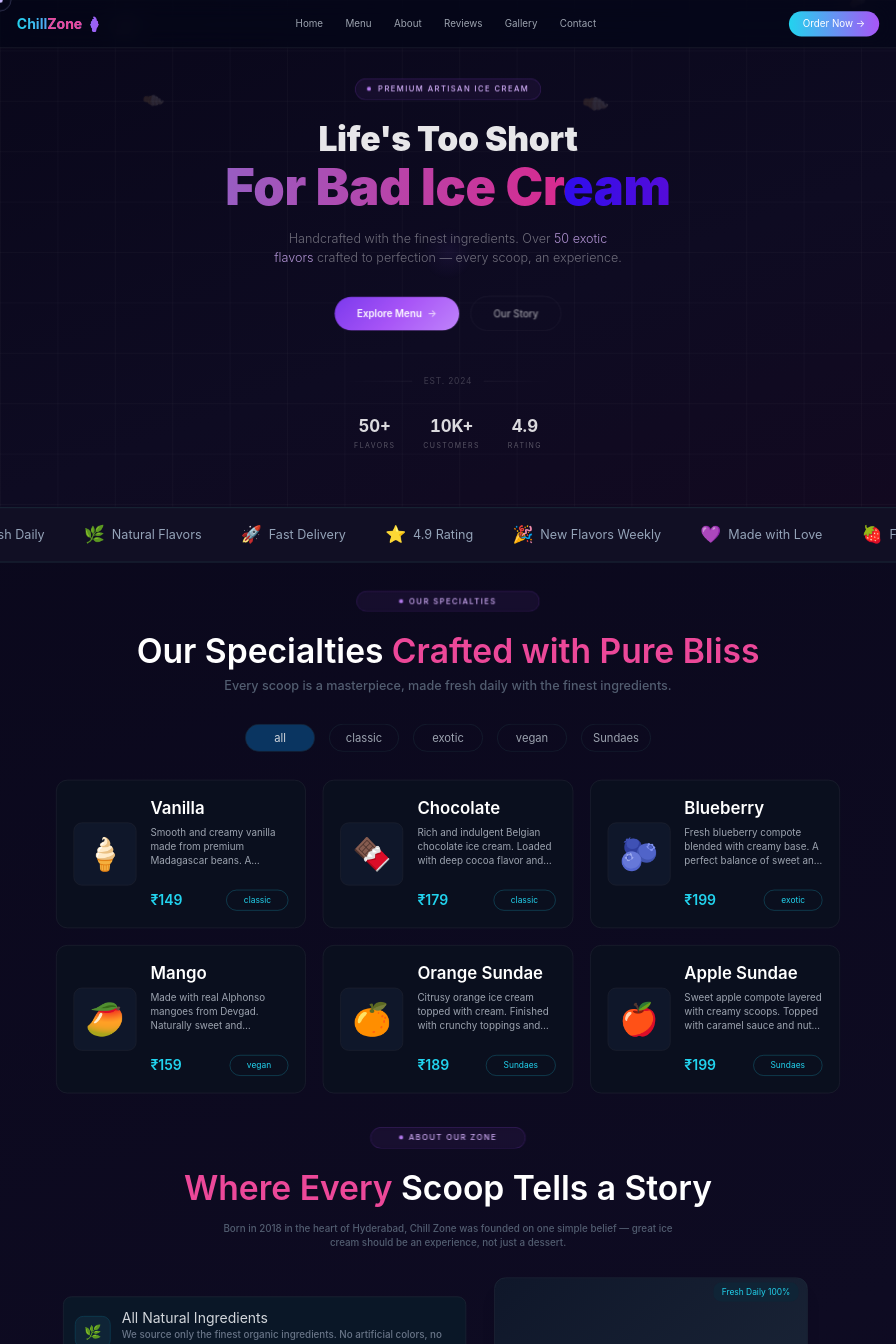
Repository: AMIREDDYRAKEY/chill-zone-
Page: /
These files come from the project's save history. The page is drawn as it stood at one moment and after the next save; the edit follows.
The browser window is 1280 px wide. The pictures show the part of the page from y = 0 to 1920 px (the page is 3386 px tall before and 720 px after), at 70% of full size.
The project was rebuilt for these pictures with package versions that can differ from the ones it lists, and the page was loaded fresh each time. Also part of the build but not shown: vite.config.js, src/components/Login.jsx, src/components/Footer.jsx.

Above is the page before, as saved 2026-05-06 12:23:29.

### index.html
<!doctype html>
<html lang="en">
  <head>
    <meta charset="UTF-8" />
    <link rel="icon" type="image/svg+xml" href="/favicon.svg" />
    <meta name="viewport" content="width=device-width, initial-scale=1.0" />
    <title>chill-zone</title>
  </head>
  <body class="">
    <div id="root"></div>
    <script type="module" src="/src/main.jsx"></script>
  </body>
</html>

### src/main.jsx
import { StrictMode } from 'react'
import { createRoot } from 'react-dom/client'
import './index.css'
import App from './App.jsx'
import { BrowserRouter } from 'react-router-dom';
// ── Custom Cursor ────────────────────────────────────────────────────
const dot  = document.createElement('div');
const ring = document.createElement('div');
dot.id  = 'custom-cursor';
ring.id = 'custom-cursor-ring';
document.body.appendChild(dot);
document.body.appendChild(ring);

let ringX = 0, ringY = 0;
let dotX  = 0, dotY  = 0;

document.addEventListener('mousemove', (e) => {
  dotX = e.clientX;
  dotY = e.clientY;
  dot.style.left = dotX + 'px';
  dot.style.top  = dotY + 'px';
});

// Smooth ring follow
const animateRing = () => {
  ringX += (dotX - ringX) * 0.12;
  ringY += (dotY - ringY) * 0.12;
  ring.style.left = ringX + 'px';
  ring.style.top  = ringY + 'px';
  requestAnimationFrame(animateRing);
};
animateRing();

// Hover effect on interactive elements
document.addEventListener('mouseover', (e) => {
  if (e.target.matches('a, button, [data-hover]')) {
    ring.classList.add('hovered');
    dot.style.opacity = '0.5';
  }
});
document.addEventListener('mouseout', (e) => {
  if (e.target.matches('a, button, [data-hover]')) {
    ring.classList.remove('hovered');
    dot.style.opacity = '1';
  }
});
// ────────────────────────────────────────────────────────────────────

createRoot(document.getElementById('root')).render(
  <StrictMode>
     <BrowserRouter>
    <App />
  </BrowserRouter>
  </StrictMode>,
)

### src/index.css
@tailwind base;
@tailwind components;
@tailwind utilities;

/* ── FONTS ────────────────────────────────────────────────────────── */
@import url('https://fonts.googleapis.com/css2?family=Inter:wght@300;400;500;600;700;800;900&family=Playfair+Display:ital,wght@0,700;1,700&display=swap');

/* ── BASE ─────────────────────────────────────────────────────────── */
*, *::before, *::after {
  box-sizing: border-box;
  cursor: none !important;
}

body {
  font-family: 'Inter', sans-serif;
  background: #07050f;
  color: #fff;
  overflow-x: hidden;
}

/* ── CUSTOM CURSOR ────────────────────────────────────────────────── */
#custom-cursor {
  position: fixed;
  top: 0; left: 0;
  width: 8px; height: 8px;
  background: #c8b8ff;
  border-radius: 50%;
  pointer-events: none;
  z-index: 99999;
  transform: translate(-50%, -50%);
  transition: transform 0.08s ease;

}

#custom-cursor-ring {
  position: fixed;
  top: 0; left: 0;
  width: 32px; height: 32px;
  border: 1.5px solid rgba(180, 184, 255, 0.35);
  border-radius: 50%;
  pointer-events: none;
  z-index: 99998;
  transform: translate(-50%, -50%);
}

#custom-cursor-ring.hovered {
  width: 48px; height: 48px;
  border-color: rgba(40, 184, 255, 0.6);
  transition: width 0.2s ease, height 0.2s ease, border-color 0.2s ease;
}

/* ── FLOAT WIND — very subtle ─────────────────────────────────────── */
@keyframes floatWind {
  0%   { transform: translateY(-80px) translateX(0) rotate(0deg);   opacity: 0;    }
  8%   {                                                              opacity: 0.12; }
  50%  { transform: translateY(48vh)  translateX(20px) rotate(160deg); opacity: 0.14; }
  100% { transform: translateY(108vh) translateX(-20px) rotate(320deg); opacity: 0;  }
}

/* ── ENTRANCE ANIMATIONS ──────────────────────────────────────────── */
@keyframes fadeUp {
  from { opacity: 0; transform: translateY(24px); }
  to   { opacity: 1; transform: translateY(0);     }
}

@keyframes fadeIn {
  from { opacity: 0; }
  to   { opacity: 1; }
}

@keyframes shimmer {
  0%   { background-position: -10% center; }
  100% { background-position:  200% center; }
}

@keyframes softPulse {
  0%, 100% { opacity: 0.85; }
  50%       { opacity: 1;    }
}

/* Utility classes */
.anim-fade-up   { animation: fadeUp 0.7s cubic-bezier(.22,.68,0,1.2) forwards; }
.anim-fade-up-1 { opacity:0; animation: fadeUp 0.7s cubic-bezier(.22,.68,0,1.2) 0.15s forwards; }
.anim-fade-up-2 { opacity:0; animation: fadeUp 0.7s cubic-bezier(.22,.68,0,1.2) 0.30s forwards; }
.anim-fade-up-3 { opacity:0; animation: fadeUp 0.7s cubic-bezier(.22,.68,0,1.2) 0.45s forwards; }
.anim-fade-up-4 { opacity:0; animation: fadeUp 0.7s cubic-bezier(.22,.68,0,1.2) 0.60s forwards; }

.text-shimmer {
  background: linear-gradient(
    90deg,
    #2f0dec 0%,
    #ce089c 30%,
    #dd87ec 50%,
    #846dd3 70%,
    #d82a8f 100%
  );
  background-size: 250% auto;
  -webkit-background-clip: text;
  -webkit-text-fill-color: transparent;
  background-clip: text;
  animation: shimmer 10s linear infinite;
}

/* .marquee-section {
  padding: 24px 0;
  overflow: hidden;
  border-top: 1px solid rgba(255,255,255,0.08);
  border-bottom: 1px solid rgba(255,255,255,0.08);
  background: rgba(6,182,212,0.03);
} */

.marquee-track {
  display: flex;
  gap: 48px;
  width: max-content;
  animation: scroll 25s linear infinite;
}

.marquee-item {
  display: flex;
  align-items: center;
  gap: 10px;
  white-space: nowrap;
  font-size: 15px;
  color: #94a3b8;
}

.marquee-dot {
  color: #06b6d4;
  font-size: 18px;
}

@keyframes scroll {
  0% { transform: translateX(0); }
  100% { transform: translateX(-50%); }
}


@keyframes marquee {
  0% {
    transform: translateX(0%);
  }
  100% {
    transform: translateX(-50%);
  }
}

.marquee-track {
  width: max-content;
  animation: marquee 35s linear infinite;
}
.marquee-track-reverse {
  width: max-content;
  animation: marquee 35s linear infinite reverse;
}

### src/App.jsx
import React from 'react'
import { Routes, Route } from 'react-router-dom'

import Navbar from './components/Navbar'
import Hero from './components/Hero'
import Marquee from './components/Marquee'
import Ourspecialites from './components/Ourspecialites'
import Aboutus from './components/Aboutus'
import Gallery from './components/Gallery'
import Feedback from './components/Feedback'
import Footer from './components/Footer'
import Login from './components/Login'

// Home page (scroll)
const Home = () => (
  <>
    <section id="home">
      <Hero />
      <Marquee />
    </section>

    <section id="menu" className="mt-10 pb-12">
      <Ourspecialites />
    </section>

    <section id="about" className="pb-10">
      <Aboutus />
    </section>

    <section id="gallery" className="pb-10">
      <Gallery />
    </section>

    <section id="reviews" className="pb-10">
      <Feedback />
    </section>
  </>
)

const App = () => {
  return (
    <div style={{ background: "linear-gradient(160deg, #09071a 0%, #0e0b22 60%, #120920 100%)" }}>

      <Navbar />

      <Routes>
        <Route path="/" element={<Home />} />
        <Route element={<Footer/>}/>
        <Route path="/login" element={<Login />} />
      </Routes>


    </div>
  )
}

export default App

### src/components/Navbar.jsx
import React, { useState } from 'react'
import { Menu, X } from 'lucide-react'
import { useNavigate } from 'react-router-dom'
import Login from './Login'
const Navbar = () => {
  const [isOpen, setIsOpen] = useState(false)
  const navigate = useNavigate()

  return (
    <nav className="fixed top-0 left-0 right-0 z-50 px-4 sm:px-6 py-4 flex justify-between items-center backdrop-blur-lg bg-[#020617]/60 border-b border-white/10">

      {/* Logo */}
      <a href="#home" className="text-lg sm:text-xl font-bold bg-gradient-to-r from-cyan-400 to-purple-500 bg-clip-text text-transparent">
        Chill<span className="text-pink-500">Zone</span> 🍦
      </a>

      {/* Desktop Links */}
      <ul className="hidden md:flex gap-8 text-sm text-gray-400">
        <li><a href="#home" className="hover:text-cyan-400 transition">Home</a></li>
        <li><a href="#menu" className="hover:text-cyan-400 transition">Menu</a></li>
        <li><a href="#about" className="hover:text-cyan-400 transition">About</a></li>
        <li><a href="#reviews" className="hover:text-cyan-400 transition">Reviews</a></li>
        <li><a href="#gallery" className="hover:text-cyan-400 transition">Gallery</a></li>
        <li><a href="#cta" className="hover:text-cyan-400 transition">Contact</a></li>
      </ul>

      {/* CTA */}
      <button
        onClick={() => navigate("/login")}
        className="px-5 py-2 rounded-full text-sm bg-gradient-to-r from-cyan-400 to-purple-500"
      >
        Order Now →
      </button>

      {/* Mobile Button */}
      <button
        className="md:hidden text-white"
        onClick={() => setIsOpen(!isOpen)}
      >
        {isOpen ? <X size={26} /> : <Menu size={26} />}
      </button>

      {/* Mobile Menu */}
      <div
        className={`absolute top-full left-0 w-full bg-[#020617]/95 backdrop-blur-lg border-b border-white/10 transition-all duration-300
        ${isOpen ? "max-h-[400px] opacity-100" : "max-h-0 opacity-0 overflow-hidden"}`}
      >
        <ul className="flex flex-col items-center gap-6 py-6 text-gray-300 text-sm">

          <li><a href="#home" onClick={() => setIsOpen(false)}>Home</a></li>
          <li><a href="#menu" onClick={() => setIsOpen(false)}>Menu</a></li>
          <li><a href="#about" onClick={() => setIsOpen(false)}>About</a></li>
          <li><a href="#reviews" onClick={() => setIsOpen(false)}>Reviews</a></li>
          <li><a href="#gallery" onClick={() => setIsOpen(false)}>Gallery</a></li>
          <li><a href="#cta" onClick={() => setIsOpen(false)}>Contact</a></li>

          <button
            href="#cta"
            onClick={() => setIsOpen(false)}
            className="px-5 py-2 rounded-full text-sm bg-gradient-to-r from-cyan-400 to-purple-500"
          >
            Order Now →
          </button>

        </ul>
      </div>

    </nav>
  )
}

export default Navbar

### src/components/Marquee.jsx
import React from "react";
import "../index.css";

const items = [
  { icon: "🍦", text: "Artisan Scoops" },
  { icon: "🧊", text: "Fresh Daily" },
  { icon: "🌿", text: "Natural Flavors" },
  { icon: "🚀", text: "Fast Delivery" },
  { icon: "⭐", text: "4.9 Rating" },
  { icon: "🎉", text: "New Flavors Weekly" },
  { icon: "💜", text: "Made with Love" },
  { icon: "🍓", text: "Farm Fresh Fruits" },
];

const Marquee = () => {
  return (
    <div className="w-full overflow-hidden">
      <div className="marquee-section border-y-2 border-[#162232] bg-[#110f24] h-[60px] sm:h-[70px] md:h-[80px] flex items-center">

        <div className="marquee-track flex items-center gap-6 sm:gap-10 md:gap-14 px-4">
          {[...items, ...items].map((item, index) => (
            <div
              key={index}
              className="marquee-item flex items-center gap-2 text-white
                         text-sm sm:text-base md:text-lg whitespace-nowrap"
            >
              <span className="text-lg sm:text-xl md:text-2xl">
                {item.icon}
              </span>
              {item.text}
            </div>
          ))}
        </div>

      </div>
    </div>
  );
};

export default Marquee;

### src/components/Ourspecialites.jsx
import React from 'react'
import TabsMenu from './TabsMenu'

const Ourspecialites = () => {
    return (
        <div className="px-4 sm:px-6 lg:px-10">

            {/* Badge */}
            <div className='flex justify-center items-center'>
                <div className="anim-fade-up inline-flex justify-center items-center gap-2 px-4 sm:px-6 md:px-10 lg:px-[60px] py-1.5 mb-6 sm:mb-8 rounded-full border border-purple-500/20 bg-purple-500/[0.07] backdrop-blur-sm">
                    <span className="w-1.5 h-1.5 rounded-full bg-purple-400 animate-pulse" />
                    <span className="text-[10px] sm:text-[11px] tracking-[0.18em] uppercase text-purple-300 font-medium text-center">
                        Our Specialties
                    </span>
                </div>
            </div>

            {/* Heading */}
            <div className='flex flex-col lg:flex-row justify-center items-center gap-2 lg:gap-3 text-center lg:text-left'>
                <h1 className='text-2xl sm:text-3xl md:text-4xl lg:text-5xl font-semibold'>
                    Our Specialties
                </h1>
                <span className='text-[#ec4899] text-2xl sm:text-3xl md:text-4xl lg:text-5xl font-semibold'>
                    Crafted with Pure Bliss
                </span>
            </div>

            {/* Paragraph */}
            <div className='flex justify-center items-center mt-3 px-2'>
                <p className='text-sm sm:text-md md:text-lg text-[#525d70] font-medium text-center max-w-2xl'>
                    Every scoop is a masterpiece, made fresh daily with the finest ingredients.
                </p>
            </div>

            {/* Tabs */}
            <div className='mt-8 sm:mt-10'>
                <TabsMenu />
            </div>

        </div>
    )
}

export default Ourspecialites

### src/components/Gallery.jsx
import React from 'react'

const Gallery = () => {

  const data = [
    { logo: "🍵", name: "Matcha" },
    { logo: "🍓", name: "Strawberry" },
    { logo: "🥜", name: "Peanut Butter" },
    { logo: "🍦", name: "Vanilla" },
    { logo: "🍫", name: "Chocolate" },
    { logo: "🫐", name: "Blueberry" },
    { logo: "🍋", name: "Lemon" },
    { logo: "🍇", name: "Grape" },
    { logo: "🥥", name: "Coconut" },
    { logo: "☕", name: "Coffee" },
    { logo: "🍒", name: "Cherry" },
    { logo: "🍑", name: "Peach" }
  ]

  const marqueeData = [...data, ...data]

  return (
    <div className="px-4 sm:px-6 lg:px-10">

      {/* Badge */}
      <div className='flex justify-center items-center'>
        <div className="anim-fade-up inline-flex justify-center items-center gap-2 px-4 sm:px-6 md:px-10 py-1.5 mb-6 sm:mb-8 rounded-full border border-purple-500/20 bg-purple-500/[0.07] backdrop-blur-sm">
          <span className="w-1.5 h-1.5 rounded-full bg-purple-400 animate-pulse" />
          <span className="text-[10px] sm:text-[11px] tracking-[0.18em] uppercase text-purple-300 font-medium text-center">
            Flavors Gallery
          </span>
        </div>
      </div>

      {/* Heading */}
      <div className='flex flex-col items-center justify-center text-center'>
        <div className='flex flex-col sm:flex-row gap-2 sm:gap-3'>
          <span className='text-2xl sm:text-3xl md:text-4xl lg:text-5xl font-semibold'>
            Visual
          </span>
          <h1 className='text-2xl sm:text-3xl md:text-4xl lg:text-5xl font-semibold text-[#ec4899]'>
            Feast Awaits
          </h1>
        </div>
      </div>

      {/* Marquee 1 */}
      <div className="overflow-hidden mt-6 sm:mt-8">
        <div className="flex gap-4 sm:gap-6 marquee-track">
          {marqueeData.map((item, i) => (
            <div
              key={i}
              className="min-w-[120px] sm:min-w-[150px] md:min-w-[180px]
              h-[90px] sm:h-[110px] md:h-[120px]
              bg-[#0a1727] border border-[#1d2736]
              rounded-xl flex flex-col items-center justify-center
              hover:scale-105 sm:hover:scale-110 transition-all duration-300"
            >
              <div className="text-2xl sm:text-3xl mb-1 sm:mb-2">
                {item.logo}
              </div>
              <p className="text-[#9aa4b2] text-xs sm:text-sm">
                {item.name}
              </p>
            </div>
          ))}
        </div>
      </div>

      {/* Marquee 2 */}
      <div className="overflow-hidden mt-4 sm:mt-5">
        <div className="flex gap-4 sm:gap-6 marquee-track-reverse">
          {marqueeData.map((item, i) => (
            <div
              key={i}
              className="min-w-[120px] sm:min-w-[150px] md:min-w-[180px]
              h-[90px] sm:h-[110px] md:h-[120px]
              bg-[#0a1727] border border-[#1d2736]
              rounded-xl flex flex-col items-center justify-center
              hover:scale-105 sm:hover:scale-110 transition-all duration-300"
            >
              <div className="text-2xl sm:text-3xl">
                {item.logo}
              </div>
              <p className="text-[#9aa4b2] text-xs sm:text-sm">
                {item.name}
              </p>
            </div>
          ))}
        </div>
      </div>

    </div>
  )
}

export default Gallery

### src/components/Feedback.jsx
import React from 'react'

const Feedback = () => {

  const reviews = [
    {
      name: "Priya S",
      place: "Banjara Hills, Hyd",
      text: "The Mango Sorbet is absolutely divine! You can taste the real Alphonso flavour. Best ice cream in Hyderabad, hands down.",
      initials: "PS"
    },
    {
      name: "Rahul K",
      place: "Jubilee Hills, Hyd",
      text: "ChillZone is our family's go-to spot. The Choco Lava is unreal — pure genius in every bite!",
      initials: "RK"
    },
    {
      name: "Ananya M",
      place: "Madhapur, Hyd",
      text: "As a vegan, finding good ice cream is tough. But ChillZone nailed it — creamy and flavorful!",
      initials: "AM"
    },
    {
      name: "Kiran T",
      place: "HITEC City, Hyd",
      text: "The Rose Gulkand flavor took me back to my childhood. Super nostalgic and unique.",
      initials: "KT"
    },
    {
      name: "Deepa R",
      place: "Gachibowli, Hyd",
      text: "Ordered online and delivery was super fast. Ice cream arrived perfectly frozen!",
      initials: "DR"
    },
    {
      name: "Arjun V",
      place: "Kondapur, Hyd",
      text: "Came for the sundae and stayed for everything else. Amazing vibe and friendly staff!",
      initials: "AV"
    }
  ]

  return (
    <div className='mt-8 sm:mt-10 px-4 sm:px-6 lg:px-10'>

      {/* Badge */}
      <div className='flex justify-center items-center'>
        <div className="anim-fade-up inline-flex justify-center items-center gap-2 px-4 sm:px-6 md:px-10 py-1.5 mb-6 sm:mb-8 rounded-full border border-purple-500/20 bg-purple-500/[0.07] backdrop-blur-sm">
          <span className="w-1.5 h-1.5 rounded-full bg-purple-400 animate-pulse" />
          <span className="text-[10px] sm:text-[11px] tracking-[0.18em] uppercase text-purple-300 font-medium text-center">
            Customers Love
          </span>
        </div>
      </div>

      {/* Heading */}
      <div className='flex flex-col items-center justify-center text-center'>
        <div className='flex flex-col sm:flex-row gap-2 sm:gap-3'>
          <span className='text-2xl sm:text-3xl md:text-4xl lg:text-5xl font-semibold text-[#ec4899]'>
            What Our
          </span>
          <h1 className='text-2xl sm:text-3xl md:text-4xl lg:text-5xl font-semibold'>
            Fans Say
          </h1>
        </div>

        <p className='text-xs sm:text-sm text-[#4c546a] mt-3 max-w-xl'>
          Real stories from real ice cream lovers who can't stop coming back.
        </p>
      </div>

      {/* Cards */}
      <div className="mt-8 grid grid-cols-1 sm:grid-cols-2 lg:grid-cols-3 gap-5 sm:gap-6">

        {reviews.map((item, i) => (
          <div
            key={i}
            className="bg-[#0a1727] border border-[#1d2736] rounded-2xl p-4 sm:p-6
            hover:scale-[1.03] sm:hover:scale-105 hover:border-purple-500/30
            transition-all duration-500 shadow-lg relative overflow-hidden"
          >

            {/* Stars */}
            <div className="text-yellow-400 text-sm sm:text-base mb-2 sm:mb-3">
              ★★★★★
            </div>

            {/* Text */}
            <p className="text-[#9aa4b2] text-xs sm:text-sm leading-relaxed mb-4 sm:mb-6">
              "{item.text}"
            </p>

            {/* User */}
            <div className="flex items-center gap-3">
              <div className="w-9 h-9 sm:w-10 sm:h-10 rounded-full bg-gradient-to-r from-purple-500 to-cyan-400 flex items-center justify-center text-white text-xs sm:text-sm font-bold">
                {item.initials}
              </div>

              <div>
                <h3 className="text-white text-sm font-semibold">
                  {item.name}
                </h3>
                <p className="text-[#6b7280] text-[10px] sm:text-xs">
                  📍 {item.place}
                </p>
              </div>
            </div>

            {/* Glow */}
            <div className="absolute inset-0 opacity-0 hover:opacity-100 transition duration-500
              bg-gradient-to-r from-purple-500/10 to-cyan-500/10 blur-xl">
            </div>

          </div>
        ))}

      </div>

    </div>
  )
}

export default Feedback

Loaded but not shown: tailwind.config.js (31 lines, source omitted); src/components/Hero.jsx (154 lines, source omitted); src/components/Aboutus.jsx (111 lines, source omitted); src/components/TabsMenu.jsx (128 lines, source omitted)

After the next save:
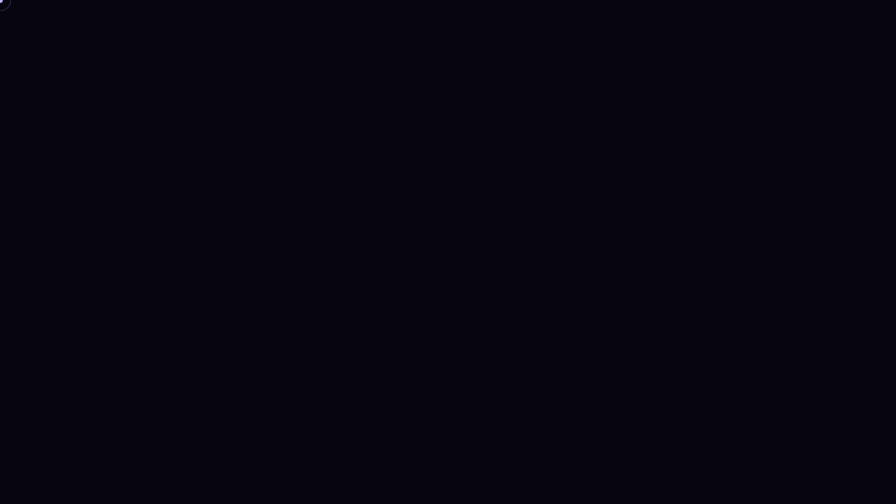
Console error (its wording comes from the project's code and is left out).
Saved 26 s later.
--- a/src/App.jsx
+++ b/src/App.jsx
@@ -45,7 +45,7 @@
 
       <Routes>
         <Route path="/" element={<Home />} />
-        <Route element={<Footer/>}/>
+        <Footer/>
         <Route path="/login" element={<Login />} />
       </Routes>
 

After the 3 saves that followed:
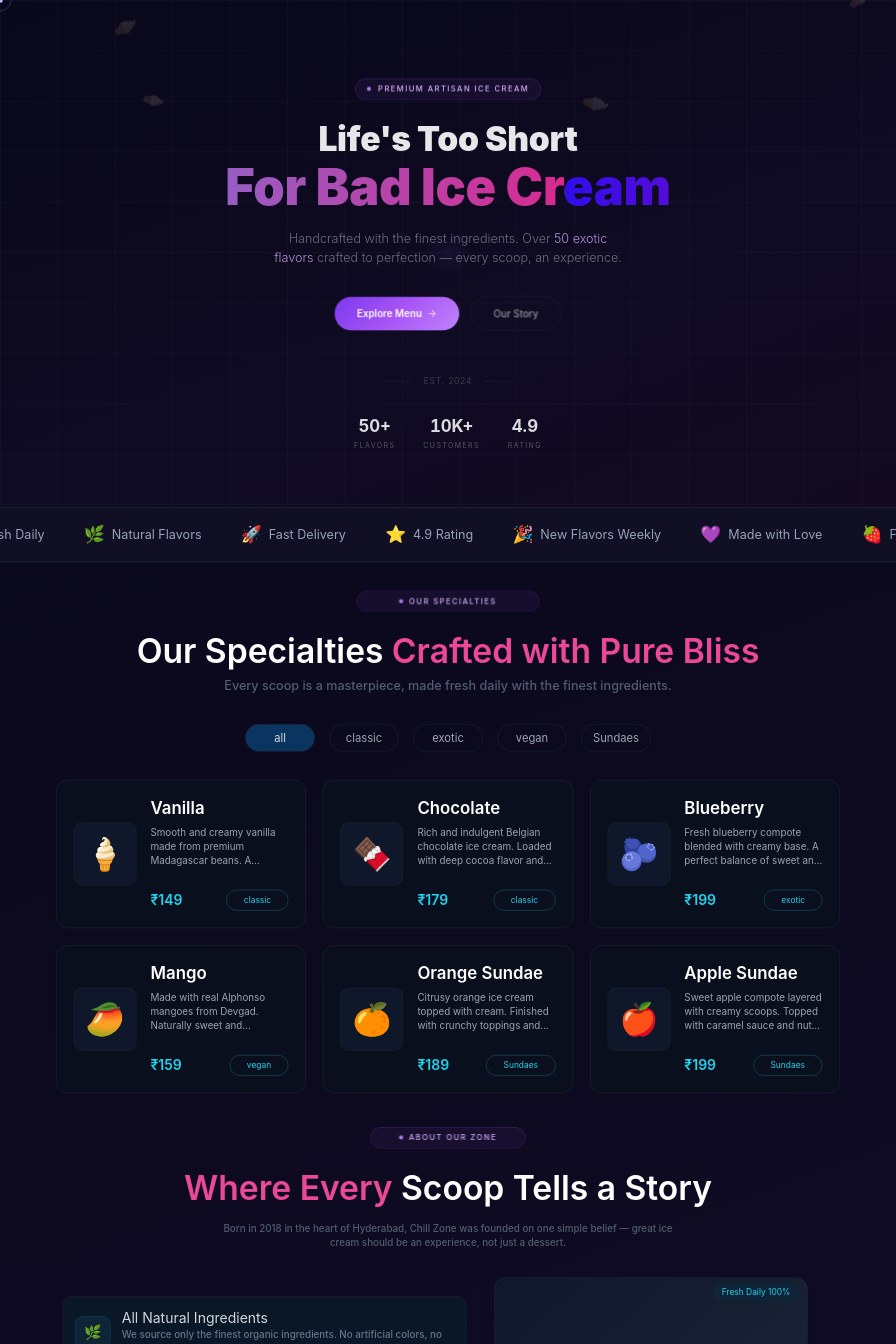
The error is gone.
The 3 saves are shown as one change because 1 did not build or start and some came seconds apart.
The last was saved 37 s later.
--- a/src/App.jsx
+++ b/src/App.jsx
@@ -41,11 +41,11 @@
   return (
     <div style={{ background: "linear-gradient(160deg, #09071a 0%, #0e0b22 60%, #120920 100%)" }}>
 
-      <Navbar />
+
 
       <Routes>
         <Route path="/" element={<Home />} />
-        <Footer/>
+
         <Route path="/login" element={<Login />} />
       </Routes>
 
